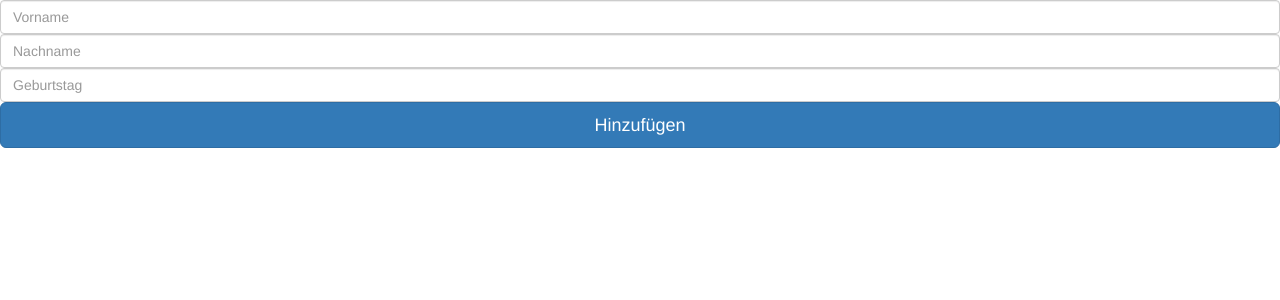
Repository: asdffdsa123/SA-Project
Page: SA-Webapp/WAR/index.html
An editor plug-in stored every save of this project. The page is shown before and after the next save, followed by the edit.
The browser window is 1280 px wide. The pictures show the whole page.
Some web libraries are served in a nearby version.

Above is the page before, as saved 2013-11-24 13:55:58.

### SA-Webapp/WAR/index.html
<html>
	<head>
		<meta charset="utf-8">
		<link rel="stylesheet" href="//netdna.bootstrapcdn.com/bootstrap/3.0.2/css/bootstrap.min.css">
		<title>Wettkampf Registrierung</title>
	</head>
	<body>
		<form class="form-signin">
			<input type = "text" class = "form-control" placeholder = "Vorname"/>
			<input type = "text" class = "form-control" placeholder = "Nachname"/>
			<input type = "text" class = "form-control" placeholder = "Geburtstag"/>
			<button class="btn btn-lg btn-primary btn-block" type="submit">Hinzufügen</button>

		</form>
<div class="dropdown">
  <button class="btn dropdown-toggle sr-only" type="button" id="dropdownMenu1" data-toggle="dropdown">
    Dropdown
    <span class="caret"></span>
  </button>
  <ul class="dropdown-menu" role="menu" aria-labelledby="dropdownMenu1">
    <li role="presentation"><a role="menuitem" tabindex="-1" href="#">Action</a></li>
    <li role="presentation"><a role="menuitem" tabindex="-1" href="#">Another action</a></li>
    <li role="presentation"><a role="menuitem" tabindex="-1" href="#">Something else here</a></li>
    <li role="presentation" class="divider"></li>
    <li role="presentation"><a role="menuitem" tabindex="-1" href="#">Separated link</a></li>
  </ul>
</div>
	</body>

</html>

After the next save:
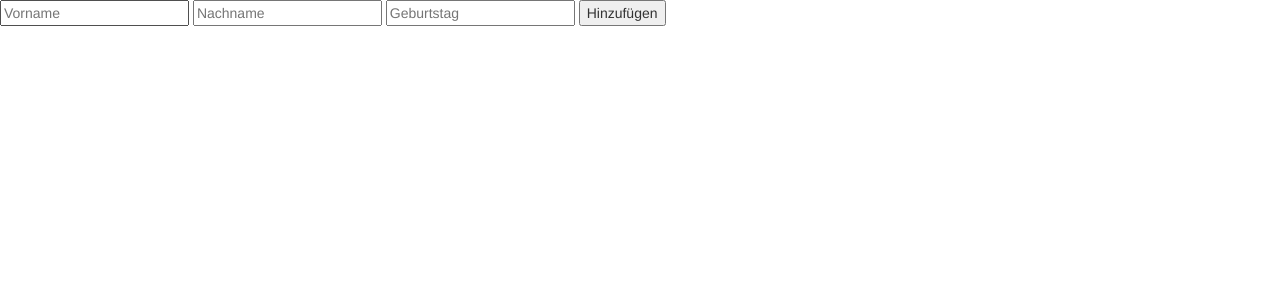
Saved 2 min 41 s later.
--- a/SA-Webapp/WAR/index.html
+++ b/SA-Webapp/WAR/index.html
@@ -5,11 +5,11 @@
 		<title>Wettkampf Registrierung</title>
 	</head>
 	<body>
-		<form class="form-signin">
-			<input type = "text" class = "form-control" placeholder = "Vorname"/>
-			<input type = "text" class = "form-control" placeholder = "Nachname"/>
-			<input type = "text" class = "form-control" placeholder = "Geburtstag"/>
-			<button class="btn btn-lg btn-primary btn-block" type="submit">Hinzufügen</button>
+		<form>
+			<input type = "text" placeholder = "Vorname"/>
+			<input type = "text" placeholder = "Nachname"/>
+			<input type = "text" placeholder = "Geburtstag"/>
+			<button type="submit">Hinzufügen</button>
 
 		</form>
 <div class="dropdown">
